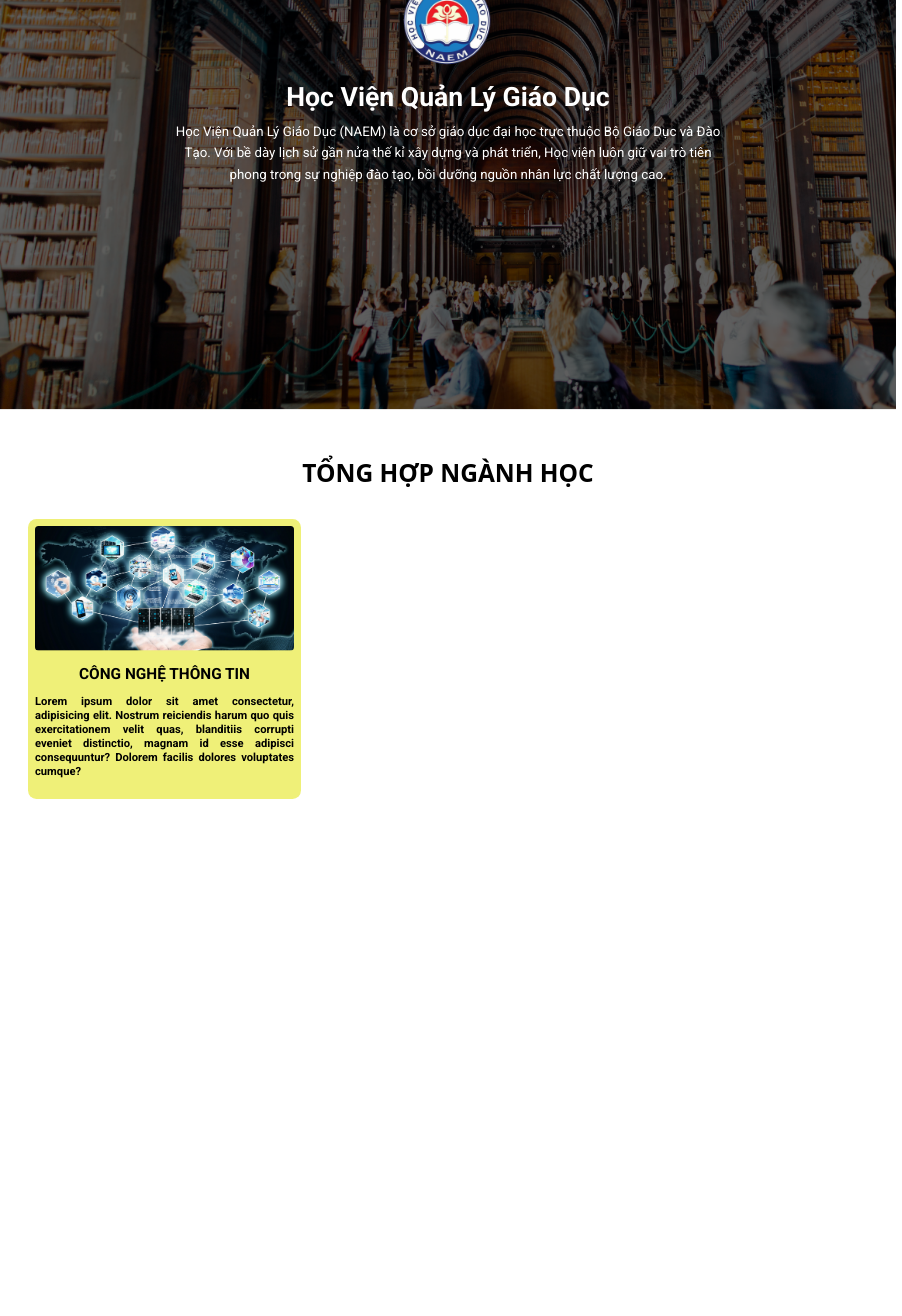
Repository: hongphuck1/trangweb1
Page: index.html
An editor plug-in stored every save of this project. The page is shown before and after the next save, followed by the edit.
The browser window is 1280 px wide. The page is 1288 px wide, so the pictures cover 1288 px, including what lies to the right of the window. The pictures show the part of the page from y = 1339 to 3219 px (the page is 4941 px tall), at 70% of full size.

Above is the page before, as saved 2021-09-07 02:02:38.

After the next save:
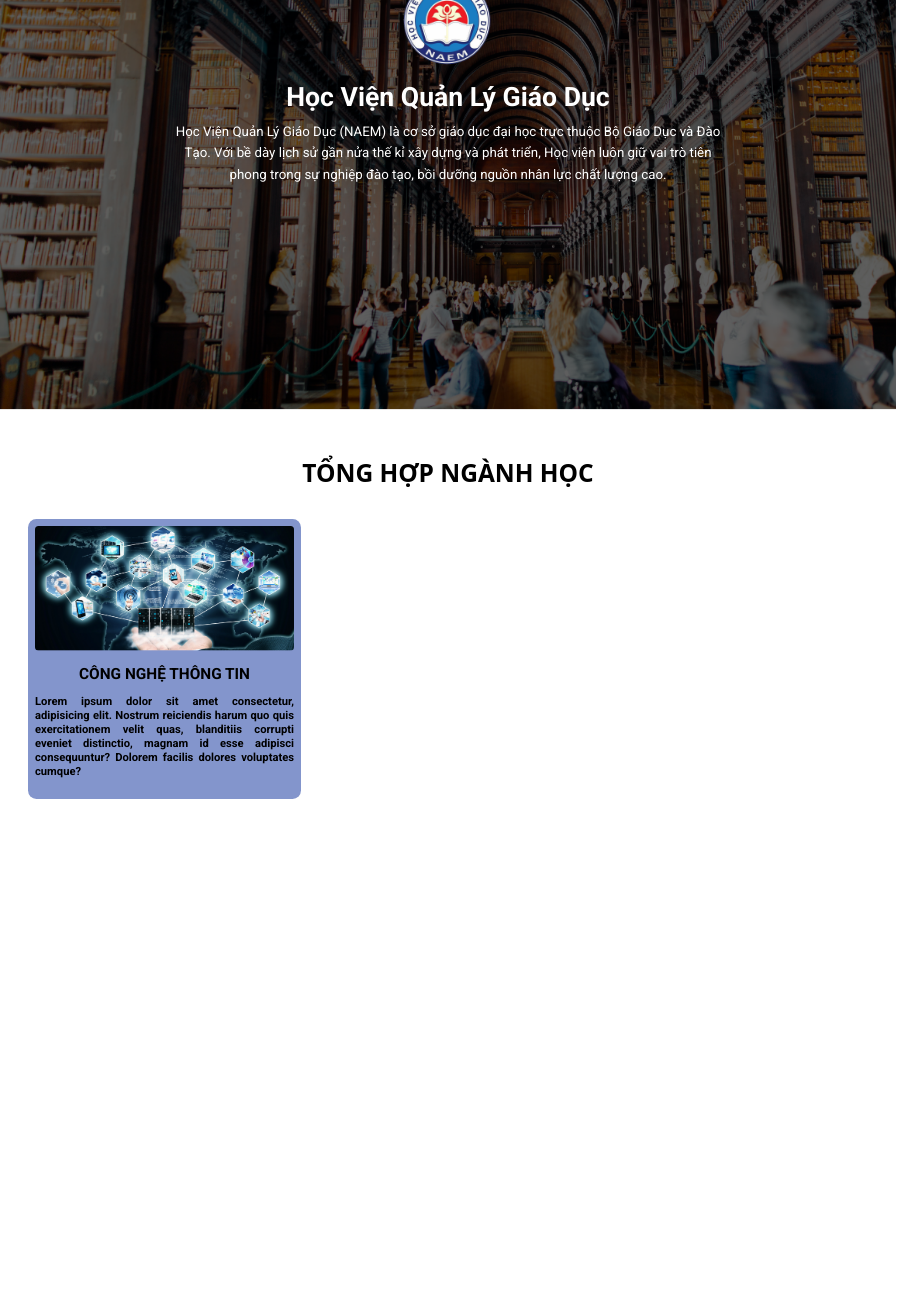
Saved 40 s later.
--- a/css/style.css
+++ b/css/style.css
@@ -285,7 +285,7 @@
 }
 
 .container-body-subject {
-  background-color: #eff078;
+  background-color: #8395cc;
   text-align: center;
   border-radius: 12px;
   color: #000000;
